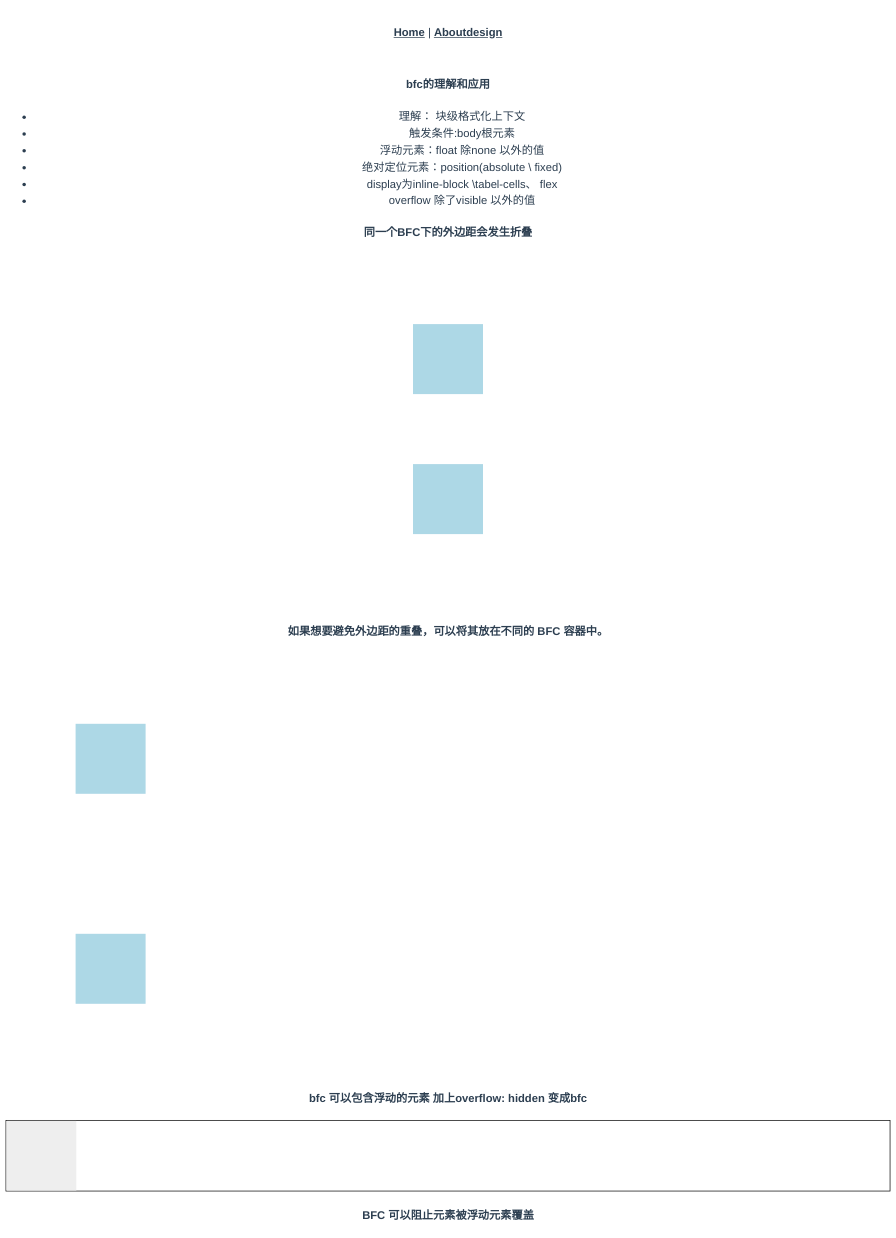
Repository: 1025215705/design
Page: /layout/3 (app in vue-ts/)
The author's editor kept a copy of each file at every save. The page is drawn from the files as they stood at one save, then again after the next save.
The browser window is 1280 px wide. The pictures show the whole page, at 70% of full size.
The project was rebuilt for these pictures with package versions that can differ from the ones it lists, and the page was loaded fresh each time. Also part of the build but not shown: vue-ts/src/components/HelloWorld.vue, vue-ts/src/views/Home.vue, vue-ts/src/practice/design/adaptee.ts, vue-ts/src/practice/design/decorator.ts, vue-ts/src/practice/design/observer.ts, vue-ts/src/practice/design/proxy.ts, vue-ts/src/practice/design/singletonLogin.ts, vue-ts/src/practice/design/userFactory.ts and 5 more.

Above is the page before, as saved 2020-12-11 15:16:49.

After the next save:
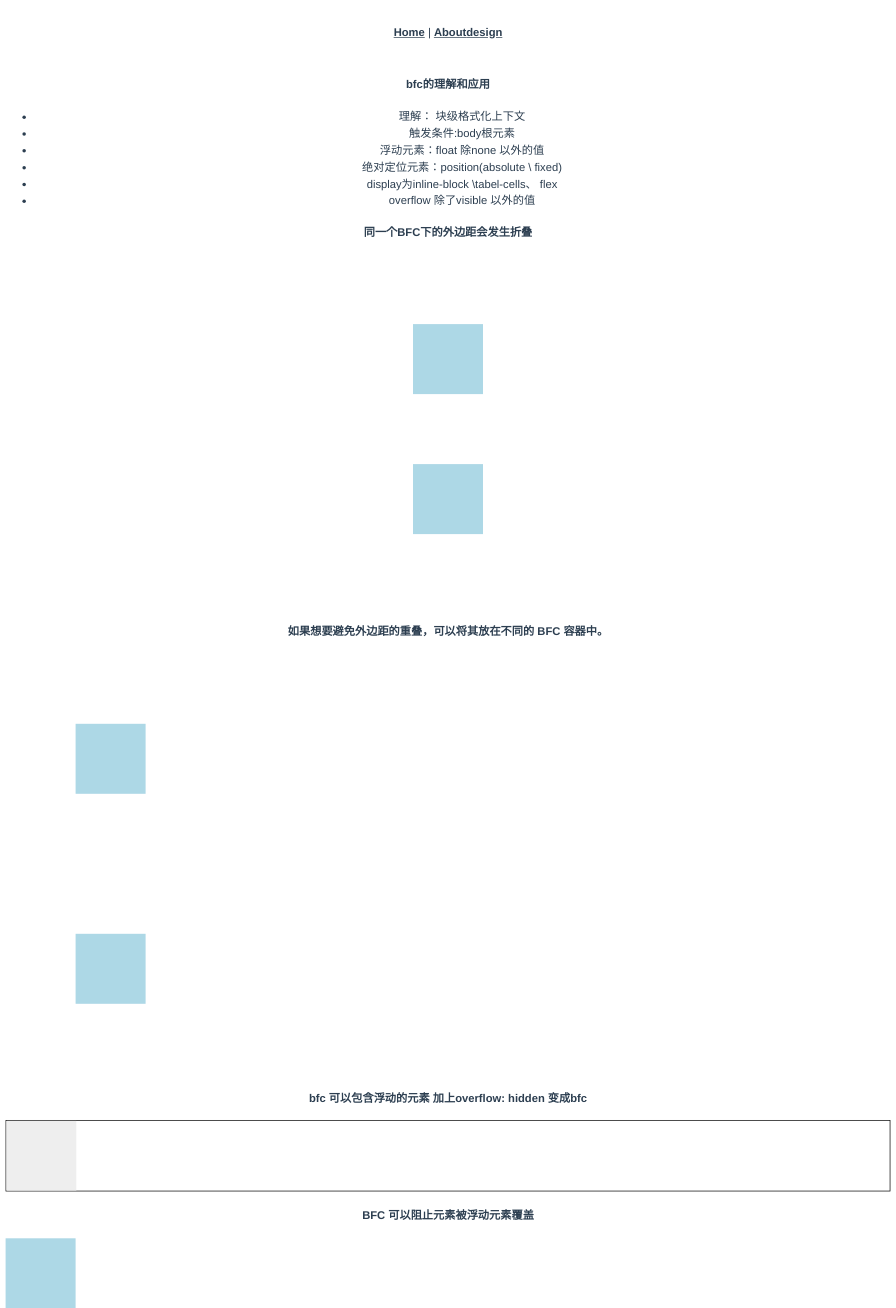
Saved 27 s later.
--- a/vue-ts/src/practice/layout/bfc.vue
+++ b/vue-ts/src/practice/layout/bfc.vue
@@ -28,6 +28,7 @@
 			></div>
 		</div>
         <h4>BFC 可以阻止元素被浮动元素覆盖</h4>
+        <div style="height: 100px;width: 100px;float: left;background: lightblue"></div>
 
 	</div>
 </template>
